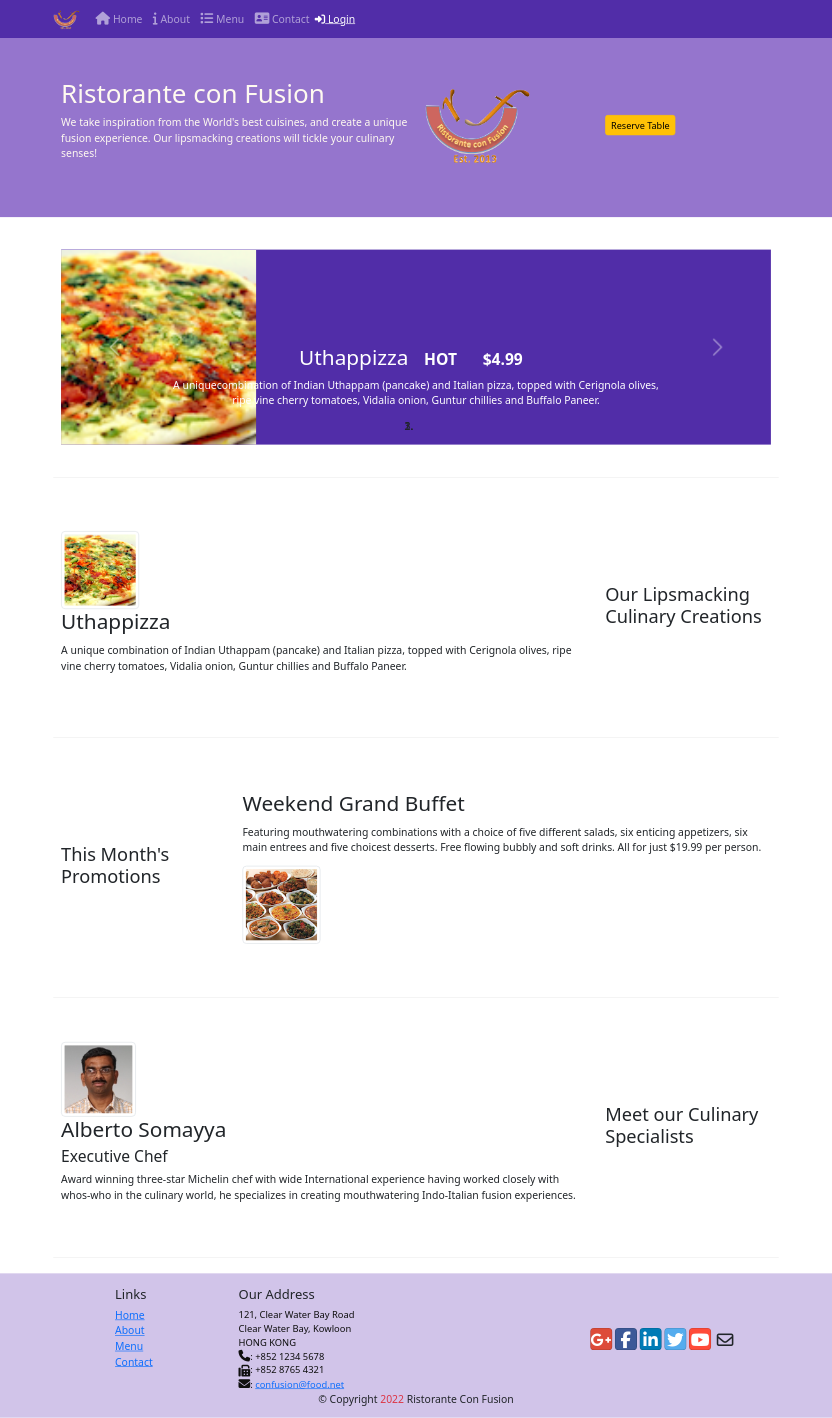
Repository: DungBuiTuan/LAB_FER201m
Page: index.html
These files come from the project's save history. The page is drawn as it stood at one moment and after the next save; the edit follows.
The browser window is 1280 px wide. The pictures show the whole page, at 65% of full size.
Some web libraries are served in a nearby version.

Above is the page before, as saved 2023-05-31 07:55:37.

### index.html
<!DOCTYPE html>
<html lang="en">

<head>

    <meta charset="utf-8">
    <meta name="viewport" content="width=device-width, initial-scale=1, shrink-to-fit=no">
    <meta http-equiv="x-ua-compatible" content="ie=edge">
    <link rel="stylesheet" href="node_modules/bootstrap/dist/css/bootstrap.min.css" />
    <link rel="stylesheet" href="node_modules/font-awesome/css/font-awesome.min.css">
    <link rel="stylesheet" href="node_modules/bootstrap-social/bootstrap-social.css">
    <link href="css/styles.css" rel="stylesheet">
    <title>Ristorante Con Fusion</title>

</head>

<body>

    <nav class="navbar navbar-dark navbar-expand-md fixed-top">
        <div class="container">
            <button class="navbar-toggler" type="button" data-toggle="collapse" data-target="#Navbar">
                <span class="navbar-toggler-icon"></span>
            </button>
            <a class="navbar-brand mr-auto" href="#"><img src="img/logo.png" height="30" width="41"></a>
            <div class="collapse navbar-collapse" id="Navbar">
                <ul class="navbar-nav">
                    <li class="nav-item active"><a class="nav-link" href="#"><span class="fa fa-home fa-lg"></span>
                            Home</a></li>
                    <li class="nav-item"><a class="nav-link" href="./aboutus.html"><span
                                class="fa fa-info fa-lg"></span> About</a></li>
                    <li class="nav-item"><a class="nav-link" href="#"><span class="fa fa-list fa-lg"></span> Menu</a>
                    </li>
                    <li class="nav-item"><a class="nav-link" href="./contactus.html"><span
                                class="fa fa-address-card fa-lg"></span> Contact</a></li>
                </ul>
                <span class="navbar-text ml-auto">
                    <a href="#" id="login">
                        <span class="fa fa-sign-in"></span> Login</a>
                </span>
            </div>
        </div>

    </nav>


    <header class="jumbotron">
        <div class="container">
            <div class="row row-header">
                <div class="col-12 col-sm-6">
                    <h1>Ristorante con Fusion</h1>
                    <p>We take inspiration from the World's best cuisines, and create a unique fusion experience. Our
                        lipsmacking creations will tickle your culinary senses!</p>
                </div>
                <div class="col-12 col-sm align-self-center">
                    <img src="img/logo.png" class="img-fluid">
                </div>
                <div class="col-12 col-sm align-self-center">
                    <a id="Reverse" role="button" class="btn btn-block btn-sm btn-warning" href="#ReverseModal"
                        style="font-weight: 500;">Reserve Table</a>
                </div>
            </div>
        </div>
    </header>

    <div class="container">
        <div id="loginModal" class="modal fade" role="dialog">
            <div class="modal-dialog modal-lg" role="content">
                <!-- Modal content-->
                <div class="modal-content">
                    <div class="modal-header navbar-dark">
                        <h4 class="modal-title text-white">Login</h4>
                        <button type="button" class="close" data-dismiss="modal"><p class="text-white">&times;</p></button>
                    </div>
                    <div class="modal-body">
                        <form>
                            <div class="form-row">
                                <div class="form-group col-sm-4">
                                    <label class="sr-only ">Email address</label>
                                    <input type="email" class="form-control form-control-sm" placeholder="Enter email">
                                </div>
                                <div class="form-group col-sm-4">
                                    <label class="sr-only">Password</label>
                                    <input type="password" class="form-control form-control-sm " placeholder="Password">
                                </div>
                                <div class="col-sm-auto">
                                    <div class="form-check">
                                        <input class="form-check-input" type="checkbox">
                                        <label class="form-check-label"> Remember me
                                        </label>
                                    </div>
                                </div>
                            </div>
                            <div class="form-row">
                                <button type="button" class="btn btn-secondary btn-sm ml-auto" data-dismiss="modal"
                                   >Cancel</button>
                                <button type="submit" class="btn btn-primary btn-sm ml-1">Sign in</button>
                            </div>
                        </form>
                    </div>
                </div>
            </div>
        </div>
        <!-- reverseModal -->
        <div id="ReverseModal" class="modal fade" role="dialog">
            <div class="modal-dialog modal-lg" role="content">
                <div class="modal-content">
                    <div class="modal-header navbar-dark">
                        <h4 class="modal-title text-white">Reserve a Table</h4>
                        <button type="button" class="close" data-dismiss="modal">&times;</button>
                    </div>
                    <div class="card-body">
                        <div class="row">
                            <dd class="col-12 col-md-2">Number of Guests</dd>
                            <dd class="col-12 col-md-1"></dd>
                            <dd class="col-12 col-md-9">
                                <div class="form-check row ">
                                    <label class="form-check-inline" for="radio1">
                                        <input type="radio" class="form-check-input" id="radio1" name="optradio"
                                            value="option1">1
                                    </label>
                                    <label class="form-check-inline" for="radio2">
                                        <input type="radio" class="form-check-input" id="radio2" name="optradio"
                                            value="option2">2
                                    </label>
                                    <label class="form-check-inline" for="radio3">
                                        <input type="radio" class="form-check-input" id="radio3" name="optradio"
                                            value="option3">3
                                    </label>
                                    <label class="form-check-inline" for="radio4">
                                        <input type="radio" class="form-check-input" id="radio4" name="optradio"
                                            value="option1">4
                                    </label>
                                    <label class="form-check-inline" for="radio5">
                                        <input type="radio" class="form-check-input" id="radio5" name="optradio"
                                            value="option2">5
                                    </label>
                                    <label class="form-check-inline col-12 col-sm-1" for="radio6">
                                        <input type="radio" class="form-check-input" id="radio6" name="optradio"
                                            value="option3">6
                                    </label>
                                </div>
                            </dd>
                        </div>
                        <div class="row">
                            <dd class="col-12 col-md-3">Section</dd>
                            <div class="btn-group col-12 col-sm-12 col-md-8">
                                <label class="btn btn-success active">
                                    <input class="d-none" type="radio" id="nonSmoking" autocomplete="off" name="section"
                                        checked>Non-Smoking
                                </label>
                                <label class="btn btn-danger">
                                    <input class="d-none" type="radio" id="smoking" autocomplete="off" name="section"
                                        checked>Smoking
                                </label>
                            </div>
                        </div>
                        <div class="row">
                            <dd class="col-12 col-md-2">Date and Time</dd>
                            <dd class="col-12 col-md-1"></dd>
                            <dd class="col-12 col-md-9">
                                <div class="form-group row">
                                    <div class="col-12 col-md-6">
                                        <input type="tel" class="form-control" id="areacode" name="areacode"
                                            placeholder="Date">
                                    </div>
                                    <div class="col-12 col-md-6">
                                        <input type="tel" class="form-control" id="telnum" name="telnum"
                                            placeholder="Time">
                                    </div>
                                    <div class="form-group row">
                                        <div class="offset-md-2 offset-2 col-md-8">
                                            <br>
                                            <button type="submit" class="btn badge-secondary" data-dismiss="modal">Cancel</button>
                                        </div>

                                    </div>
                                    <div class="form-group row">
                                        <div class="offset-md-2 offset-2 col-md-8">
                                            <br>
                                            <button type="submit" class="btn badge-primary">Reserve</button>
                                        </div>
                                    </div>
                                </div>
                            </dd>
                        </div>
                        </br>
                    </div>

                </div>
            </div>
        </div>

        <!--Carousell-->
        <div class="row row-content">
            <div class="col">
                <div id="mycarousel" class="carousel slide" data-ride="carousel">
                    <ol class="carousel-indicators">
                        <li data-target="#mycarousel" data-slide-to="0" class="active"></li>
                        <li data-target="#mycarousel" data-slide-to="1"></li>
                        <li data-target="#mycarousel" data-slide-to="2"></li>
                    </ol>
                    <div class="carousel-inner" role="listbox">
                        <div class="carousel-item active">
                            <img class="d-block" src="img/uthappizza.png" alt="Uthappizza">
                            <div class="carousel-caption d-none d-md-block">
                                <h2>Uthappizza
                                    <span class="badge badge-danger">HOT</span>
                                    <span class="badge badge-pill badge-secondary">$4.99</span>
                                </h2>
                                <p class="d-none d-sm-block text-monospace">
                                    A uniquecombination of Indian Uthappam (pancake) and Italian
                                    pizza, topped with Cerignola olives, ripe vine cherry tomatoes,
                                    Vidalia onion, Guntur chillies and Buffalo Paneer.
                                </p>
                            </div>
                        </div>
                        <div class="carousel-item">
                            <img class="d-block" src="img/buffet.png" alt="Grand Buffet">
                            <div class="carousel-caption d-none d-md-block">
                                <h2 class="mt-0">
                                    Weekend Grand Buffet <span class="badge badge-info">NEW</span>
                                </h2>
                                <p class="d-none d-sm-block text-monospace">
                                    Featuring mouthwatering combinations with a choice of five
                                    different salads, six enticing appetizers, six main entrees and
                                    five choicest desserts. Free flowing bubbly and soft drinks. All
                                    for just $19.99 per person.
                                </p>
                            </div>
                        </div>
                        <div class="carousel-item">
                            <img class="d-block" src="img/alberto.png" alt="Alberto Somayya">
                            <div class="carousel-caption d-none d-md-block">
                                <h2 class="mt-0">Alberto Somayya
                                    <span class="badge badge-warning">Executive Chef</span>
                                </h2>
                                <p class="d-none d-sm-block text-monospace">
                                    Award winning three-star Michelin chef with wide International
                                    experience having worked closely with whos-who in the culinary
                                    world, he specializes in creating mouthwatering Indo-Italian
                                    fusion experiences.
                                </p>
                            </div>
                        </div>
                    </div>
                    <a class="carousel-control-prev" href="#mycarousel" role="button" data-slide="prev">
                        <span class="carousel-control-prev-icon"></span>
                    </a>
                    <a class="carousel-control-next" href="#mycarousel" role="button" data-slide="next">
                        <span class="carousel-control-next-icon"></span>
                    </a>

                </div>
            </div>
        </div>



        <div class="row row-content align-items-center">
            <div class="col-sm-4 col-md-3 order-sm-2 order-1">
                <h3>Our Lipsmacking Culinary Creations</h3>
            </div>
            <div class="col-sm col-md order-sm-1 order-2">
                <div class="media">
                    <img class="d-flex mr-3 img-thumbnail align-self-center" src="img/uthappizza.png" alt="Uthappizza">
                    <div class="media-body">
                        <h2 class="mt-0">Uthappizza <span class="badge badge-danger">HOT</span> <span
                                class="badge badge-pill badge-secondary">$4.99</span></h2>
                        <p class="d-none d-sm-block">A unique combination of Indian Uthappam (pancake) and
                            Italian pizza, topped with Cerignola olives, ripe vine
                            cherry tomatoes, Vidalia onion, Guntur chillies and
                            Buffalo Paneer.
                        </p>
                    </div>
                </div>
            </div>
        </div>

        <div class="row row-content align-items-center">
            <div class="col-sm-4 col-md-3">
                <h3>This Month's Promotions</h3>
            </div>
            <div class="col-sm col-md">
                <div class="media">
                    <div class="media-body">
                        <h2 class="mt-0">Weekend Grand Buffet <span class="badge badge-danger">NEW</span></h2>
                        <p class="d-none d-sm-block">Featuring mouthwatering combinations with a choice of
                            five different salads, six enticing appetizers, six main entrees and five choicest
                            desserts.
                            Free flowing bubbly and soft drinks. All for just $19.99 per person.
                        </p>
                    </div>
                    <img class="d-flex mr-3 img-thumbnail align-self-center" src="img/buffet.png" alt="Grand Buffet">
                </div>
            </div>
        </div>

        <div class="row row-content align-items-center">
            <div class="col-sm-4 col-md-3 order-sm-2 order-1">
                <h3>Meet our Culinary Specialists</h3>
            </div>
            <div class="col-sm col-md order-sm-1 order-2">
                <div class="media">
                    <img class="d-flex mr-3 img-thumbnail align-self-center" src="img/alberto.png"
                        alt="Alberto Somayya">
                    <div class="media-body">
                        <h2 class="mt-0">Alberto Somayya</h2>
                        <h4>Executive Chef</h4>
                        <p class="d-none d-sm-block">Award winning three-star Michelin chef with wide
                            International experience having worked closely with
                            whos-who in the culinary world, he specializes in
                            creating mouthwatering Indo-Italian fusion experiences.
                        </p>
                    </div>
                </div>
            </div>
        </div>
    </div>
    <br>

    <footer class="footer">
        <div class="container">
            <div class="row">
                <div class="col-5 offset-1 col-sm-2">
                    <h5>Links</h5>
                    <ul class="list-unstyled">
                        <li><a href="#">Home</a></li>
                        <li><a href="./aboutus.html">About</a></li>
                        <li><a href="#">Menu</a></li>
                        <li><a href="./contactus.html">Contact</a></li>
                    </ul>
                </div>
                <div class="col-6 col-sm-5">
                    <h5>Our Address</h5>
                    <address>
                        121, Clear Water Bay Road<br />
                        Clear Water Bay, Kowloon<br />
                        HONG KONG<br />
                        <i class="fa fa-phone fa-lg"></i>: +852 1234 5678<br />
                        <i class="fa fa-fax fa-lg"></i>: +852 8765 4321<br />
                        <i class="fa fa-envelope fa-lg"></i>:
                        <a href="mailto:confusion@food.net">confusion@food.net</a>
                    </address>
                </div>
                <div class="col col-sm-4 align-self-center">
                    <div style="text-align: center">
                        <a class="btn btn-social-icon btn-google-plus" href="http://google.com/+"><i
                                class="fa fa-google-plus"></i></a>
                        <a class="btn btn-social-icon btn-facebook" href="http://www.facebook.com/profile.php?id="><i
                                class="fa fa-facebook"></i></a>
                        <a class="btn btn-social-icon btn-linkedin" href="http://www.linkedin.com/in/"><i
                                class="fa fa-linkedin"></i></a>
                        <a class="btn btn-social-icon btn-twitter" href="http://twitter.com/"><i
                                class="fa fa-twitter"></i></a>
                        <a class="btn btn-social-icon btn-youtube" href="http://youtube.com/"><i
                                class="fa fa-youtube"></i></a>
                        <a class="btn btn-social-icon" href="mailto:"><i class="fa fa-envelope-o"></i></a>
                    </div>
                </div>
            </div>
            <div class="row justify-content-center">
                <div class="col-auto">
                    <p>
                        © Copyright <span class="text-danger">2022</span> Ristorante Con
                        Fusion
                    </p>
                </div>
            </div>
        </div>
    <script src="node_modules/jquery/dist/jquery.slim.min.js"></script>
    <script src="node_modules/popper.js/dist/umd/popper.min.js"></script>
    <script src="node_modules/bootstrap/dist/js/bootstrap.min.js"></script>
    <script src="js/script.js"></script>
</body>

</html>

### css/styles.css
.row-header {
  margin: 0px auto;
  padding: 0px;
}

.row-content {
  margin: 0 auto;
  padding: 50px 0px 50px 0px;
  border-bottom: 1px ridge;
  min-height: 400px;
}

.footer {
  background-color: #d1c4e9;
  margin: 0px auto;
  padding: 20px 0px 0px 0px;
}

.jumbotron {
  padding: 70px 30px 70px 30px;
  margin: 0px auto;
  background: #9575cd;
  color: floralwhite;
}

address {
  font-size: 90%;
  margin: 0px;
  color: #0f0f0f;
}

body {
  padding: 50px 0px 0px 0px;
  z-index: 0;
}

.navbar-dark {
  background-color: #512da8;
}

.google-map {
  padding: 10px 0px;
  border-radius: 100%;
  overflow: hidden;
}
.tab-content {
  border-left: 1px solid #ddd;
  border-right: 1px solid #ddd;
  border-bottom: 1px solid #ddd;
  padding: 10px;
}
.carousel {
  background:#512DA8;
}
.carousel-item {
height: 300px;
}
.carousel-item img {
  position: absolute;
  top: 1;
  left: 0;
  min-height: 300px;
}
/*
.card-body{
  background-color:  #d1c4e9;
}

.modal-body{
  background-color:  #d1c4e9;
} */

### js/script.js
$(function() {
    $("#login").click(function() {
      $("#loginModal").modal('show');
    });
  });

  $(function() {
    $("#Reverse").click(function() {
      $("#ReverseModal").modal('show');
    });
  });

Loaded but not shown: css/bootstrap-social.css (library)

After the next save:
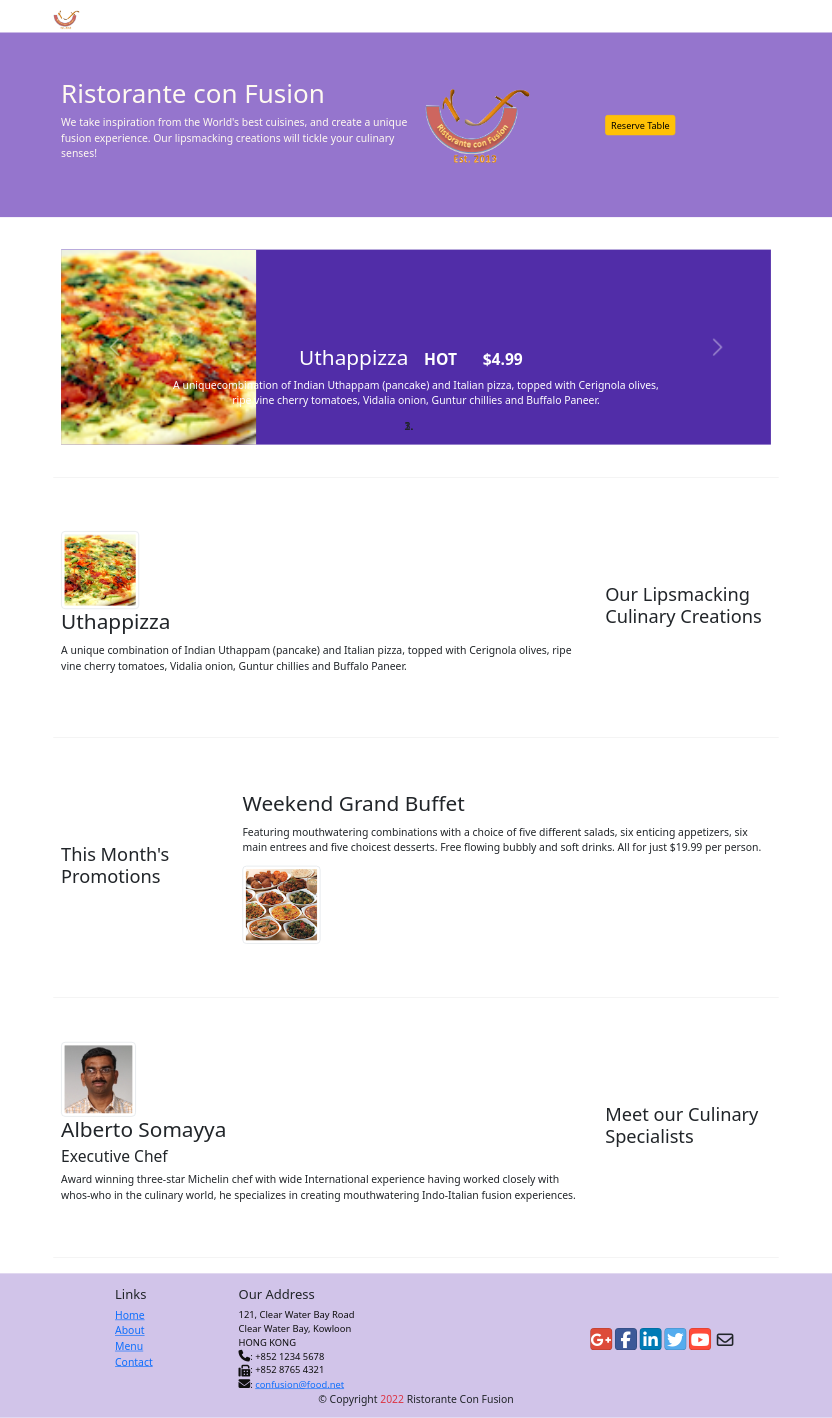
Saved 45 s later.
--- a/css/styles.css
+++ b/css/styles.css
@@ -34,10 +34,6 @@ body {
   z-index: 0;
 }
 
-.navbar-dark {
-  background-color: #512da8;
-}
-
 .google-map {
   padding: 10px 0px;
   border-radius: 100%;
@@ -62,6 +58,9 @@ height: 300px;
   min-height: 300px;
 }
 /*
+.navbar-dark {
+  background-color: #512da8;
+}
 .card-body{
   background-color:  #d1c4e9;
 }
